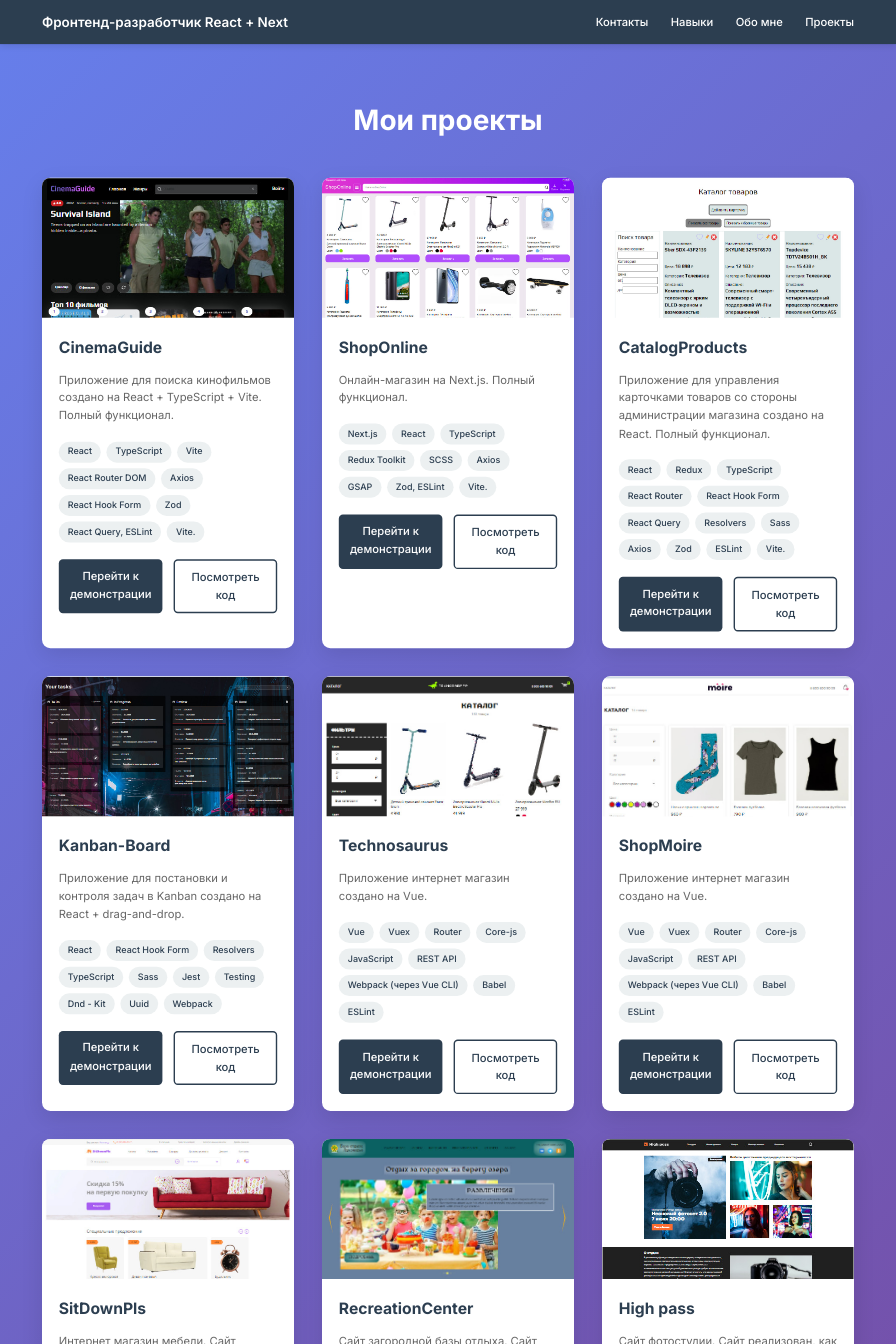
Repository: RostislavZeberg/resume-app
Page: /
The author's editor kept a copy of each file at every save. The page is drawn from the files as they stood at one save, then again after the next save.
The browser window is 1280 px wide. The pictures show the part of the page from y = 0 to 1920 px (the page is 4977 px tall before and 7095 px after), at 70% of full size.
The project was rebuilt for these pictures with package versions that can differ from the ones it lists, and the page was loaded fresh each time. The framework's server and built-in components were replaced by stand-ins that run in the browser. Also part of the build but not shown: next.config.ts.

Above is the page before, as saved 2025-09-21 14:53:27.

### pages/_app.tsx
import type { AppProps } from 'next/app';
import '../styles/globals.scss';
import Head from 'next/head';

function MyApp({ Component, pageProps }: AppProps) {
  return (
    <>
      <Head>
        <meta name="viewport" content="width=device-width, initial-scale=1" />
        <meta name="theme-color" content="#2c3e50" />
        <meta name="description" content="Резюме фронтенд-разработчика React с 5+ годами опыта. Специализация: React, TypeScript, Next.js, Redux Toolkit." />
        <meta name="keywords" content="React, TypeScript, Next.js, фронтенд-разработчик, резюме" />
        <meta property="og:title" content="Фронтенд-разработчик React" />
        <meta property="og:description" content="Резюме фронтенд-разработчика React с 5+ годами опыта" />
        <meta property="og:type" content="website" />
        <link rel="icon" href="/favicon.ico" />
      </Head>
      <Component {...pageProps} />
    </>
  );
}

export default MyApp;

### pages/_document.tsx
import { Html, Head, Main, NextScript } from 'next/document';

export default function Document() {
  return (
    <Html lang="ru">
      <Head>
        <link rel="preconnect" href="https://fonts.googleapis.com" />
        <link rel="preconnect" href="https://fonts.gstatic.com" crossOrigin="anonymous" />
        <link href="https://fonts.googleapis.com/css2?family=Inter:wght@300;400;500;600;700&display=swap" rel="stylesheet" />

        {/* Фавикон */}
        <link rel="icon" href="/favicon.ico" sizes="any" />
        <link rel="icon" href="/favicon.svg" type="image/svg+xml" />
        <link rel="apple-touch-icon" href="/apple-touch-icon.png" />
        <link rel="manifest" href="/manifest.webmanifest" />

        {/* Мета-теги */}
        <meta name="theme-color" content="#2c3e50" />
        <meta name="description" content="Резюме фронтенд-разработчика React с 5+ годами опыта. Специализация: React, TypeScript, Next.js, Redux Toolkit." />
        <meta name="keywords" content="React, TypeScript, Next.js, фронтенд-разработчик, резюме" />
      </Head>
      <body>
        <Main />
        <NextScript />
      </body>
    </Html>
  );
}

### pages/index.tsx
import Head from 'next/head';
import { NextPage } from 'next';
import Contacts from '../components/Sections/Contacts';
import Skills from '../components/Sections/Skills';
import About from '../components/Sections/About';
import Projects from '../components/Sections/Projects';
import Header from '../components/Layout/Header';

const Home: NextPage = () => {
  return (
    <>
      <Head>
        <title>Фронтенд-разработчик React | Резюме</title>
        <meta name="description" content="Резюме фронтенд-разработчика React с 5+ годами опыта. Специализация: React, TypeScript, Next.js, Redux Toolkit." />
        <meta name="keywords" content="React, TypeScript, Next.js, фронтенд-разработчик, резюме" />
        <meta property="og:title" content="Фронтенд-разработчик React" />
        <meta property="og:description" content="Резюме фронтенд-разработчика React с 5+ годами опыта" />
        <meta property="og:type" content="website" />
        <link rel="icon" href="/favicon.ico" />
      </Head>

      <Header />
      <main>
        <Projects />
        <Skills />
        <About />
        <Contacts />
      </main>
    </>
  );
};

export default Home;

### styles/globals.scss
// Переменные и миксины
@import './variables.scss';
@import './mixins';

// Глобальные стили
* {
  box-sizing: border-box;
  margin: 0;
  padding: 0;
}

html {
  scroll-behavior: smooth;
  scroll-padding-top: 60px;
}

body {
  font-family: 'Inter', 'Arial', sans-serif;
  line-height: 1.6;
  color: $text-color;
  background-color: $background-color;
  padding-top: 60px;
}

.container {
  max-width: 1200px;
  margin: 0 auto;
  padding: 0 20px;
}

section {
  padding: 80px 0;

  h2 {
    text-align: center;
    margin-bottom: 50px;
    font-size: 2.5rem;
    color: $primary-color;
  }
}

// Анимации
@keyframes fadeIn {
  from {
    opacity: 0;
    transform: translateY(20px);
  }
  to {
    opacity: 1;
    transform: translateY(0);
  }
}

.fade-in {
  animation: fadeIn 0.6s ease forwards;
}

// Адаптивность
@include desktop {
  .container {
    max-width: 1200px;
  }
}

@include tablet {
  .container {
    max-width: 100%;
    padding: 0 15px;
  }

  section {
    padding: 60px 0;

    h2 {
      font-size: 2rem;
      margin-bottom: 40px;
    }
  }
}

@include mobile {
  .container {
    padding: 0 10px;
  }

  section {
    padding: 40px 0;

    h2 {
      font-size: 1.8rem;
      margin-bottom: 30px;
    }
  }
}

### components/Sections/Contacts.tsx
import React from 'react';
import Icon from '../UI/Icon';
import styles from '../../styles/sections/contacts.module.scss';
import { contacts } from '@/info/contacts';

const Contacts: React.FC = () => {

  return (
    <section id="contacts" className={styles.contacts}>
      <div className="container">
        <h2>Контакты</h2>
        <div className={styles.contactsGrid}>
          {contacts.map((contact, index) => (
            <a
              key={index}
              href={contact.href}
              className={styles.contactItem}
              target="_blank"
              rel="noopener noreferrer"
            >
              <Icon name={contact.icon} className={styles.contactIcon} />
              <span>{contact.text}</span>
            </a>
          ))}
        </div>
      </div>
    </section>
  );
};

export default Contacts;

### components/Sections/Skills.tsx
import React from 'react';
import styles from '../../styles/sections/skills.module.scss';

const Skills: React.FC = () => {
  const skillCategories = [
    {
      title: 'Основные технологии',
      skills: ['React', 'Redux', 'Redux Toolkit', 'TypeScript', 'Next.js', 'Sass/SCSS']
    },
    {
      title: 'Сборка и инструменты',
      skills: ['Vite', 'Webpack', 'Parcel', 'Gulp', 'Git', 'GitHub']
    },
    {
      title: 'Тестирование',
      skills: ['Unit-тестирование', 'Jest', 'React Testing Library']
    },
    {
      title: 'Дополнительные навыки',
      skills: ['HTTP/REST', 'ООП', 'DRY/KISS', 'WordPress', 'Vue.js', 'SQL', 'Python', 'Docker', 'Linux']
    },
    {
      title: 'Языки',
      skills: ['Английский (B1)']
    }
  ];

  return (
    <section id="skills" className={styles.skills}>
      <div className="container">
        <h2>Мои навыки</h2>
        <div className={styles.skillsGrid}>
          {skillCategories.map((category, index) => (
            <div key={index} className={styles.skillCategory}>
              <h3>{category.title}</h3>
              <ul>
                {category.skills.map((skill, i) => (
                  <li key={i}>{skill}</li>
                ))}
              </ul>
            </div>
          ))}
        </div>
      </div>
    </section>
  );
};

export default Skills;

### components/Sections/About.tsx
import React from 'react';
import styles from '../../styles/sections/about.module.scss';

const About: React.FC = () => {
  return (
    <section id="about" className={styles.about}>
      <div className="container">
        <h2>Обо мне</h2>
        <div className={styles.aboutContent}>
          <p>
            Усидчив и внимателен к деталям, сосредоточен на выполнении задач, не отвлекаясь на внешние раздражители.
            Мой скрупулезный подход к архитектуре кода, его чистоте и читабельности сводит к минимуму возникновение ошибок
            при дальнейшей эксплуатации проектов.
          </p>
          <p>
            Коммуникабелен и открыт для общения с коллегами, что позволяет эффективно обсуждать проекты и находить оптимальные решения.
            Дисциплинированность помогает мне выстраивать свою работу по четкому плану, всегда выполнять задачи качественно и в срок,
            а также быть требовательным к себе.
          </p>
          <p>
            Инициативность является важной частью моей работы: я не боюсь доводить до руководства свои идеи и предложения по решению проблем.
            Обучаем и стремлюсь к постоянному развитию, ведь IT-отрасль динамично меняется, и изучение новых направлений и тенденций
            в программировании – это важная часть моего профессионального роста.
          </p>
          <p>
            Есть желание работать и развиваться в сфере разработки приложений, которая является частью моего восприятия мира.
            Я наслаждаюсь процессом создания кода и когда вижу результаты своей деятельности.
          </p>
          <p>
            К своим сильным сторонам отношу навыки работы в команде, стремление находить максимально эффективные и эстетичные решения,
            а также способность самостоятельно искать ресурсы для решения проблем и повышения профессионального уровня.
          </p>
          <p>
            Рассматриваю проектную деятельность и удаленную работу.
          </p>
        </div>
      </div>
    </section>
  );
};

export default About;

### components/Sections/Projects.tsx
import React from 'react';
import ProjectCard from '../UI/ProjectCard';
import styles from '../../styles/sections/projects.module.scss';
import { projects } from '@/info/projects';

const Projects: React.FC = () => {
  return (
    <section id="projects" className={styles.projects}>
      <div className="container">
        <h2>Мои проекты</h2>
        <div className={styles.projectsGrid}>
          {projects.map((project, index) => (
            <ProjectCard key={index} project={project} />
          ))}
        </div>
        <div className={styles.viewAll}>
          <a
            href="https://github.com/RostislavZeberg?tab=repositories"
            className={styles.viewAllButton}
            target="_blank"
            rel="noopener noreferrer"
          >
            Посмотреть все проекты
          </a>
        </div>
      </div>
    </section>
  );
};

export default Projects;

### components/Layout/Header.tsx
import React, { useState } from 'react';
import Link from 'next/link';
import styles from '../../styles/layout/header.module.scss';

const Header: React.FC = () => {
  const [isMenuOpen, setIsMenuOpen] = useState(false);

  const toggleMenu = () => {
    setIsMenuOpen(!isMenuOpen);
  };

  return (
    <header className={styles.header}>
      <div className="container">
        <nav className={styles.nav}>
          <div className={styles.logo}>
            <Link href="/">Фронтенд-разработчик React + Next</Link>
          </div>

          <button
            className={`${styles.menuToggle} ${isMenuOpen ? styles.active : ''}`}
            onClick={toggleMenu}
            aria-label="Меню"
          >
            <span></span>
            <span></span>
            <span></span>
          </button>

          <ul className={`${styles.navList} ${isMenuOpen ? styles.active : ''}`}>
            <li><a href="#contacts" onClick={() => setIsMenuOpen(false)}>Контакты</a></li>
            <li><a href="#skills" onClick={() => setIsMenuOpen(false)}>Навыки</a></li>
            <li><a href="#about" onClick={() => setIsMenuOpen(false)}>Обо мне</a></li>
            <li><a href="#projects" onClick={() => setIsMenuOpen(false)}>Проекты</a></li>
          </ul>
        </nav>
      </div>
    </header>
  );
};

export default Header;

### styles/variables.scss
// Цвета
$primary-color: #2c3e50;
$secondary-color: #3498db;
$accent-color: #e74c3c;
$background-color: #f9f9f9;
$text-color: #333;
$light-gray: #ecf0f1;

// Breakpoints
$desktop: 1280px;
$tablet: 1024px;
$small-tablet: 768px;
$mobile: 320px;

### styles/mixins.scss
@mixin desktop {
  @media (min-width: #{$desktop}) {
    @content;
  }
}

@mixin tablet {
  @media (min-width: #{$small-tablet}) and (max-width: #{$tablet}) {
    @content;
  }
}

@mixin small-tablet {
  @media (min-width: #{$mobile}) and (max-width: #{$small-tablet - 1px}) {
    @content;
  }
}

@mixin mobile {
  @media (max-width: #{$mobile}) {
    @content;
  }
}

@mixin flex-center {
  display: flex;
  justify-content: center;
  align-items: center;
}

@mixin card-shadow {
  box-shadow: 0 4px 6px rgba(0, 0, 0, 0.1);
  transition: box-shadow 0.3s ease;

  &:hover {
    box-shadow: 0 10px 20px rgba(0, 0, 0, 0.15);
  }
}

### components/UI/Icon.tsx
import React from 'react';
import Image from 'next/image';

interface IconProps {
  name: string;
  className?: string;
  width?: number;
  height?: number;
}

const Icon: React.FC<IconProps> = ({ name, className = '', width = 24, height = 24 }) => {
  return (
    <Image
      src={`/icons/${name}.svg`}
      alt={`${name} icon`}
      width={width}
      height={height}
      className={className}
    />
  );
};

export default Icon;

### styles/sections/contacts.module.scss
@import '../variables';
@import '../mixins';

.contacts {
  background: linear-gradient(135deg, #f5f7fa 0%, #c3cfe2 100%);
  padding: 100px 0;
}

.contactsGrid {
  display: grid;
  grid-template-columns: repeat(auto-fit, minmax(250px, 1fr));
  gap: 2rem;
  margin-top: 3rem;
}

.contactItem {
  display: flex;
  flex-direction: column;
  align-items: center;
  justify-content: center;
  background: white;
  padding: 2rem;
  border-radius: 12px;
  box-shadow: 0 10px 30px rgba(0, 0, 0, 0.1);
  transition: all 0.3s ease;
  text-decoration: none;
  color: $text-color;

  &:hover {
    transform: translateY(-5px);
    box-shadow: 0 15px 40px rgba(0, 0, 0, 0.15);

    .contactIcon {
      transform: scale(1.1);
    }
  }
}

.contactIcon {
  width: 60px;
  height: 60px;
  margin-bottom: 1rem;
  transition: transform 0.3s ease;
}

// Адаптивность
@include tablet {
  .contactsGrid {
    grid-template-columns: repeat(2, 1fr);
    gap: 1.5rem;
  }
}

@include small-tablet {
  .contactsGrid {
    grid-template-columns: 1fr;
    gap: 1rem;
  }

  .contactItem {
    padding: 1.5rem;
  }
}

@include mobile {
  .contacts {
    padding: 80px 0;
  }

  .contactIcon {
    width: 50px;
    height: 50px;
  }
}

### info/contacts.ts
export const contacts = [
  { icon: 'email', text: 'zeberg@bk.ru', href: 'mailto:zeberg@bk.ru' },
  { icon: 'phone', text: '+7(960)-552-4171', href: 'tel:+79605524171' },
  { icon: 'telegram', text: '@zeberg_jaguar', href: 'https://t.me/zeberg_jaguar' },
  { icon: 'github', text: 'GitHub', href: 'https://github.com/RostislavZeberg?tab=repositories' }
];

### styles/sections/skills.module.scss
@import '../variables';
@import '../mixins';

.skills {
  background-color: white;
}

.skillsGrid {
  display: grid;
  grid-template-columns: repeat(auto-fit, minmax(300px, 1fr));
  gap: 2rem;
}

.skillCategory {
  background: $light-gray;
  padding: 2rem;
  border-radius: 12px;
  box-shadow: 0 5px 15px rgba(0, 0, 0, 0.05);

  h3 {
    color: $primary-color;
    margin-bottom: 1.5rem;
    font-size: 1.3rem;
    position: relative;
    padding-bottom: 0.5rem;

    &::after {
      content: '';
      position: absolute;
      bottom: 0;
      left: 0;
      width: 40px;
      height: 3px;
      background: $secondary-color;
    }
  }

  ul {
    list-style: none;
  }

  li {
    margin-bottom: 0.8rem;
    padding-left: 1.5rem;
    position: relative;

    &::before {
      content: '▹';
      position: absolute;
      left: 0;
      color: $secondary-color;
    }
  }
}

// Адаптивность
@include tablet {
  .skillsGrid {
    grid-template-columns: repeat(2, 1fr);
    gap: 1.5rem;
  }
}

@include small-tablet {
  .skillsGrid {
    grid-template-columns: 1fr;
    gap: 1rem;
  }

  .skillCategory {
    padding: 1.5rem;
  }
}

@include mobile {
  .skillCategory {
    padding: 1.2rem;

    h3 {
      font-size: 1.2rem;
    }
  }
}

### styles/sections/about.module.scss
@import '../variables';
@import '../mixins';

.about {
  background-color: $light-gray;
}

.aboutContent {
  max-width: 800px;
  margin: 0 auto;

  p {
    margin-bottom: 1.5rem;
    line-height: 1.8;
    text-align: justify;
  }
}

// Адаптивность
@include tablet {
  .aboutContent {
    padding: 0 1rem;
  }
}

@include mobile {
  .aboutContent p {
    text-align: left;
  }
}

### components/UI/ProjectCard.tsx
import React from 'react';
import Image from 'next/image';
import styles from '../../styles/ui/project-card.module.scss';

interface Project {
  name: string;
  description: string;
  demoLink: string;
  codeLink: string;
  technologies: string[];
}

interface ProjectCardProps {
  project: Project;
}

const ProjectCard: React.FC<ProjectCardProps> = ({ project }) => {
  return (
    <div className={styles.projectCard}>
      <div className={styles.projectImage}>
        <a href={project.demoLink} target="_blank" rel="noopener noreferrer">
          <Image
            src={`/${project.name.toLowerCase()}.jpg`}
            alt={project.name}
            width={400}
            height={250}
            style={{
              width: '100%',
              height: 'auto',
            }}
            placeholder="blur"
            blurDataURL="data:[embedded picture, 471 characters]"
          />
        </a>
      </div>
      <div className={styles.projectContent}>
        <h3>{project.name}</h3>
        <p>{project.description}</p>
        <div className={styles.technologies}>
          {project.technologies.map((tech, index) => (
            <span key={index} className={styles.techTag}>{tech}</span>
          ))}
        </div>
        <div className={styles.projectActions}>
          <a
            href={project.demoLink}
            className={styles.demoButton}
            target="_blank"
            rel="noopener noreferrer"
          >
            Перейти к демонстрации
          </a>
          <a
            href={project.codeLink}
            className={styles.codeButton}
            target="_blank"
            rel="noopener noreferrer"
          >
            Посмотреть код
          </a>
        </div>
      </div>
    </div>
  );
};

export default ProjectCard;

### styles/sections/projects.module.scss
@import '../variables';
@import '../mixins';

.projects {
  background: linear-gradient(135deg, #667eea 0%, #764ba2 100%);
  color: white;

  h2 {
    color: white;
  }
}

.projectsGrid {
  display: grid;
  grid-template-columns: repeat(auto-fit, minmax(350px, 1fr));
  gap: 2.5rem;
  margin-bottom: 3rem;
}

.viewAll {
  text-align: center;
  margin-top: 3rem;
}

.viewAllButton {
  display: inline-block;
  padding: 1rem 2rem;
  background: white;
  color: $primary-color;
  text-decoration: none;
  border-radius: 30px;
  font-weight: 600;
  transition: all 0.3s ease;
  box-shadow: 0 5px 15px rgba(0, 0, 0, 0.1);

  &:hover {
    transform: translateY(-3px);
    box-shadow: 0 10px 25px rgba(0, 0, 0, 0.2);
    background: $accent-color;
    color: white;
  }
}

// Адаптивность
@include tablet {
  .projectsGrid {
    grid-template-columns: repeat(2, 1fr);
    gap: 2rem;
  }
}

@include small-tablet {
  .projectsGrid {
    grid-template-columns: 1fr;
    gap: 1.5rem;
  }
}

@include mobile {
  .projectsGrid {
    grid-template-columns: 1fr;
    gap: 1.5rem;
  }

  .viewAllButton {
    padding: 0.8rem 1.5rem;
    font-size: 0.9rem;
  }
}

### styles/layout/header.module.scss
@import '../variables';
@import '../mixins';

.header {
  background-color: $primary-color;
  color: white;
  position: fixed;
  top: 0;
  left: 0;
  right: 0;
  z-index: 1000;
  box-shadow: 0 2px 10px rgba(0, 0, 0, 0.1);
}

.nav {
  display: flex;
  justify-content: space-between;
  align-items: center;
  padding: 1rem 0;
}

.logo {
  a {
    color: white;
    text-decoration: none;
    font-weight: 600;
    font-size: 1.2rem;

    &:hover {
      color: $accent-color;
    }
  }
}

.navList {
  display: flex;
  list-style: none;
  gap: 2rem;

  a {
    color: white;
    text-decoration: none;
    font-weight: 500;
    transition: color 0.3s ease;

    &:hover {
      color: $accent-color;
    }
  }
}

.menuToggle {
  display: none;
  flex-direction: column;
  justify-content: space-around;
  width: 2rem;
  height: 2rem;
  background: transparent;
  border: none;
  cursor: pointer;
  padding: 0;

  span {
    width: 2rem;
    height: 0.25rem;
    background: white;
    border-radius: 10px;
    transition: all 0.3s linear;
    position: relative;
    transform-origin: 1px;
  }
}

// Адаптивность
@include tablet {
  .navList {
    gap: 1.5rem;
  }
}

@include small-tablet {
  .menuToggle {
    display: flex;
    z-index: 1001;
  }

  .navList {
    position: fixed;
    top: 0;
    right: 0;
    height: 100vh;
    width: 70%;
    background: $primary-color;
    flex-direction: column;
    justify-content: center;
    align-items: center;
    transform: translateX(100%);
    transition: transform 0.3s ease-in-out;

    &.active {
      transform: translateX(0);
    }
  }

  .menuToggle.active {
    span:nth-child(1) {
      transform: rotate(45deg);
    }

    span:nth-child(2) {
      opacity: 0;
    }

    span:nth-child(3) {
      transform: rotate(-45deg);
    }
  }
}

@include mobile {
  .logo a {
    font-size: 1rem;
  }
}

### styles/ui/project-card.module.scss
@import '../variables';
@import '../mixins';

.projectCard {
  background: white;
  border-radius: 12px;
  overflow: hidden;
  box-shadow: 0 10px 30px rgba(0, 0, 0, 0.1);
  transition: all 0.3s ease;
  color: $text-color;

  &:hover {
    transform: translateY(-5px);
    box-shadow: 0 15px 40px rgba(0, 0, 0, 0.2);
  }
}

.projectImage {
  position: relative;
  overflow: hidden;
  height: 200px;

  // Стили для Next.js Image компонента
  > div {
    position: relative !important;
  }

  img {
    transition: transform 0.5s ease;
  }

  &:hover img {
    transform: scale(1.05);
  }
}

.projectContent {
  padding: 1.5rem;

  h3 {
    color: $primary-color;
    margin-bottom: 1rem;
    font-size: 1.4rem;
  }

  p {
    margin-bottom: 1.5rem;
    line-height: 1.6;
    color: lighten($text-color, 20%);
  }
}

.technologies {
  display: flex;
  flex-wrap: wrap;
  gap: 0.5rem;
  margin-bottom: 1.5rem;
}

.techTag {
  background: $light-gray;
  color: $primary-color;
  padding: 0.3rem 0.8rem;
  border-radius: 20px;
  font-size: 0.8rem;
  font-weight: 500;
}

.projectActions {
  display: flex;
  gap: 1rem;

  a {
    flex: 1;
    text-align: center;
    padding: 0.7rem 1rem;
    border-radius: 6px;
    text-decoration: none;
    font-weight: 500;
    transition: all 0.3s ease;

    &.demoButton {
      background: $primary-color;
      color: white;

      &:hover {
        background: darken($primary-color, 10%);
      }
    }

    &.codeButton {
      background: transparent;
      color: $primary-color;
      border: 2px solid $primary-color;

      &:hover {
        background: $primary-color;
        color: white;
      }
    }
  }
}

// Адаптивность
@include tablet {
  .projectContent {
    padding: 1.2rem;
  }

  .projectActions {
    flex-direction: column;
    gap: 0.7rem;
  }
}

@include mobile {
  .projectImage {
    height: 180px;
  }

  .projectContent {
    padding: 1rem;

    h3 {
      font-size: 1.2rem;
    }
  }

  .technologies {
    gap: 0.3rem;
  }

  .techTag {
    font-size: 0.7rem;
    padding: 0.2rem 0.6rem;
  }
}

Loaded but not shown: info/projects.ts (66 lines, source omitted)

After the next save:
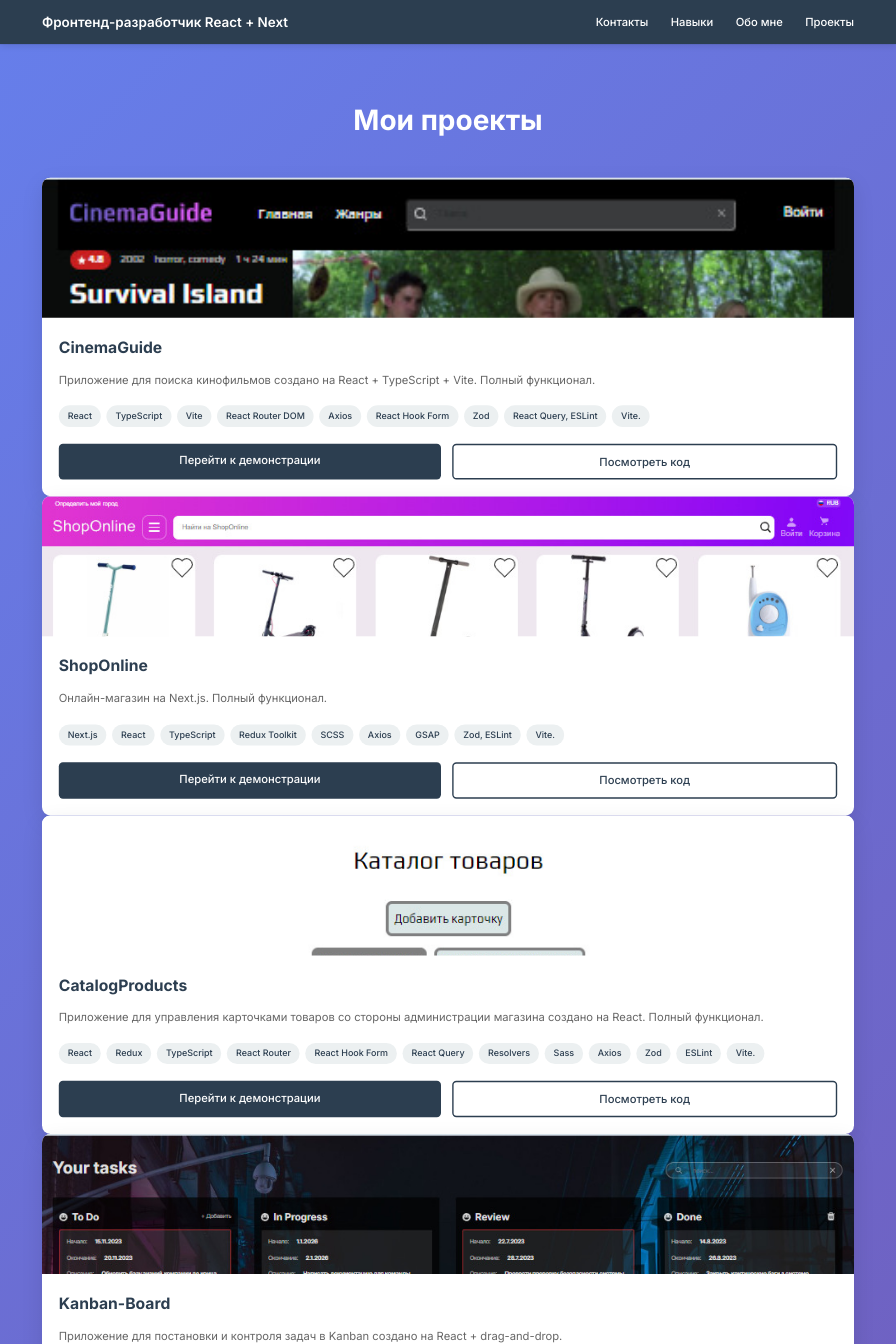
Saved 3 min 11 s later.
--- a/styles/sections/projects.module.scss
+++ b/styles/sections/projects.module.scss
@@ -11,10 +11,12 @@
 }
 
 .projectsGrid {
-  display: grid;
-  grid-template-columns: repeat(auto-fit, minmax(350px, 1fr));
-  gap: 2.5rem;
-  margin-bottom: 3rem;
+  display: flex;
+  flex-direction: column;
+  // display: grid;
+  // grid-template-columns: repeat(auto-fit, minmax(350px, 1fr));
+  // gap: 2.5rem;
+  // margin-bottom: 3rem;
 }
 
 .viewAll {
